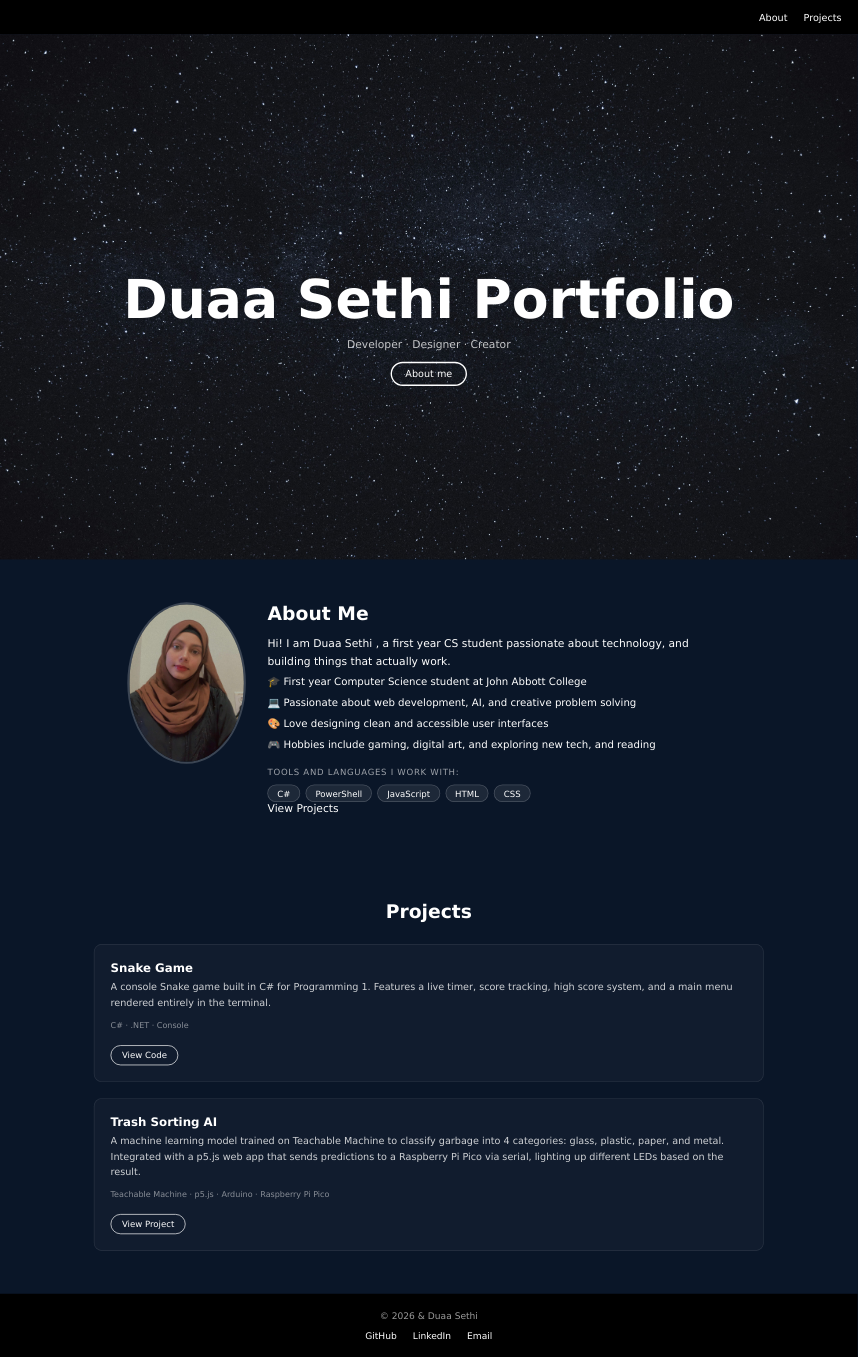
Repository: Duaa-Sethi/Duaa-Sethi
Page: index.html
An editor plug-in stored every save of this project. The page is shown before and after the next save, followed by the edit.
The browser window is 1280 px wide. The pictures show the whole page, at 67% of full size.
Some web fonts or font styles are not loaded; a fallback is used.

Above is the page before, as saved 2026-05-04 17:44:29.

After the next save:
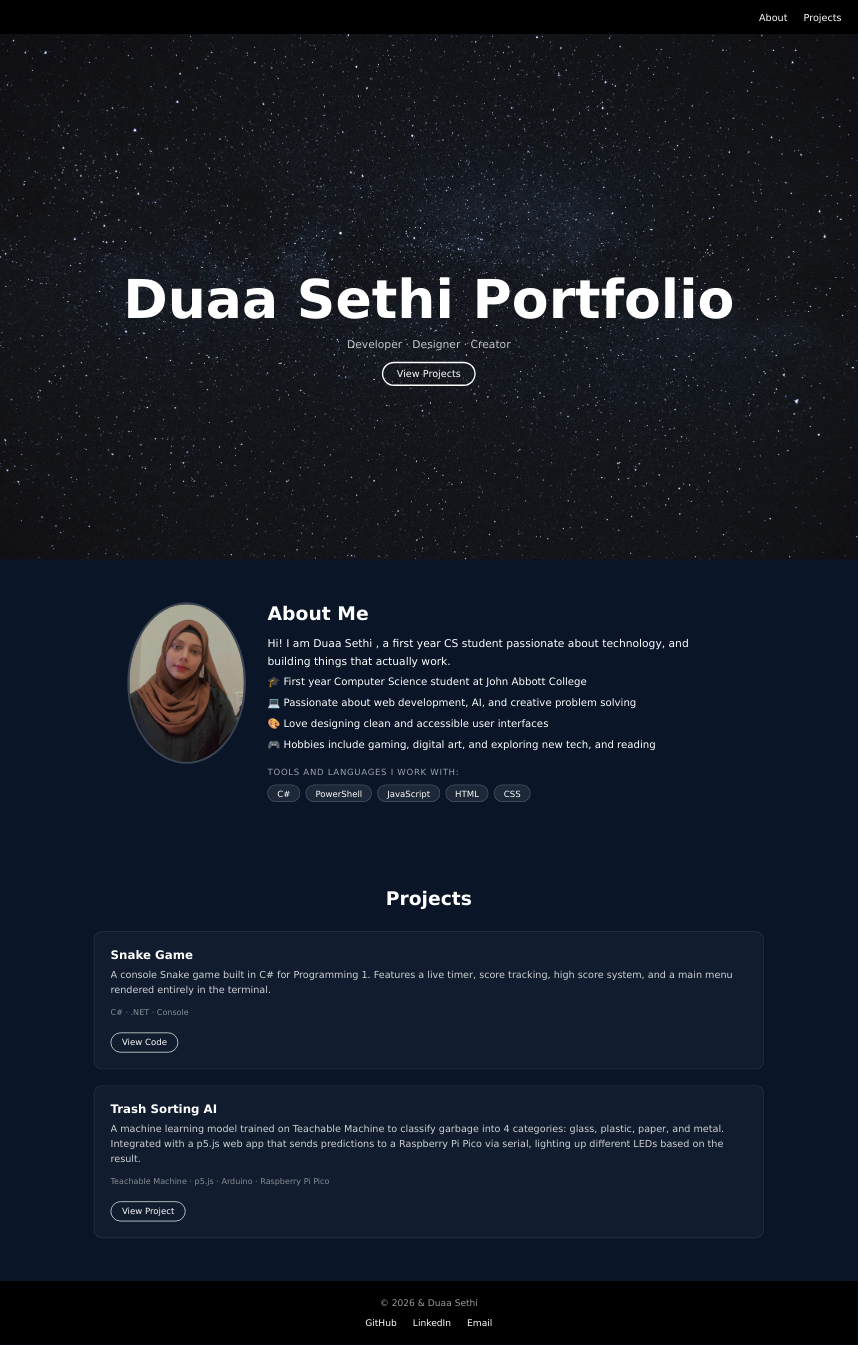
Saved 92 s later.
--- a/index.html
+++ b/index.html
@@ -21,7 +21,7 @@
       <article>
         <h1>Duaa Sethi Portfolio</h1>
         <p>Developer · Designer · Creator</p>
-        <a href="#about">About me</a>
+        <a href="#Projects">View Projects</a>
       </article>
     </section>
 
@@ -57,7 +57,6 @@
           <li>CSS</li>
         </ul>
 
-        <a href="#projects" class="projects-btn">View Projects</a>
       </div>
     </section>
 

After the 2 saves that followed:
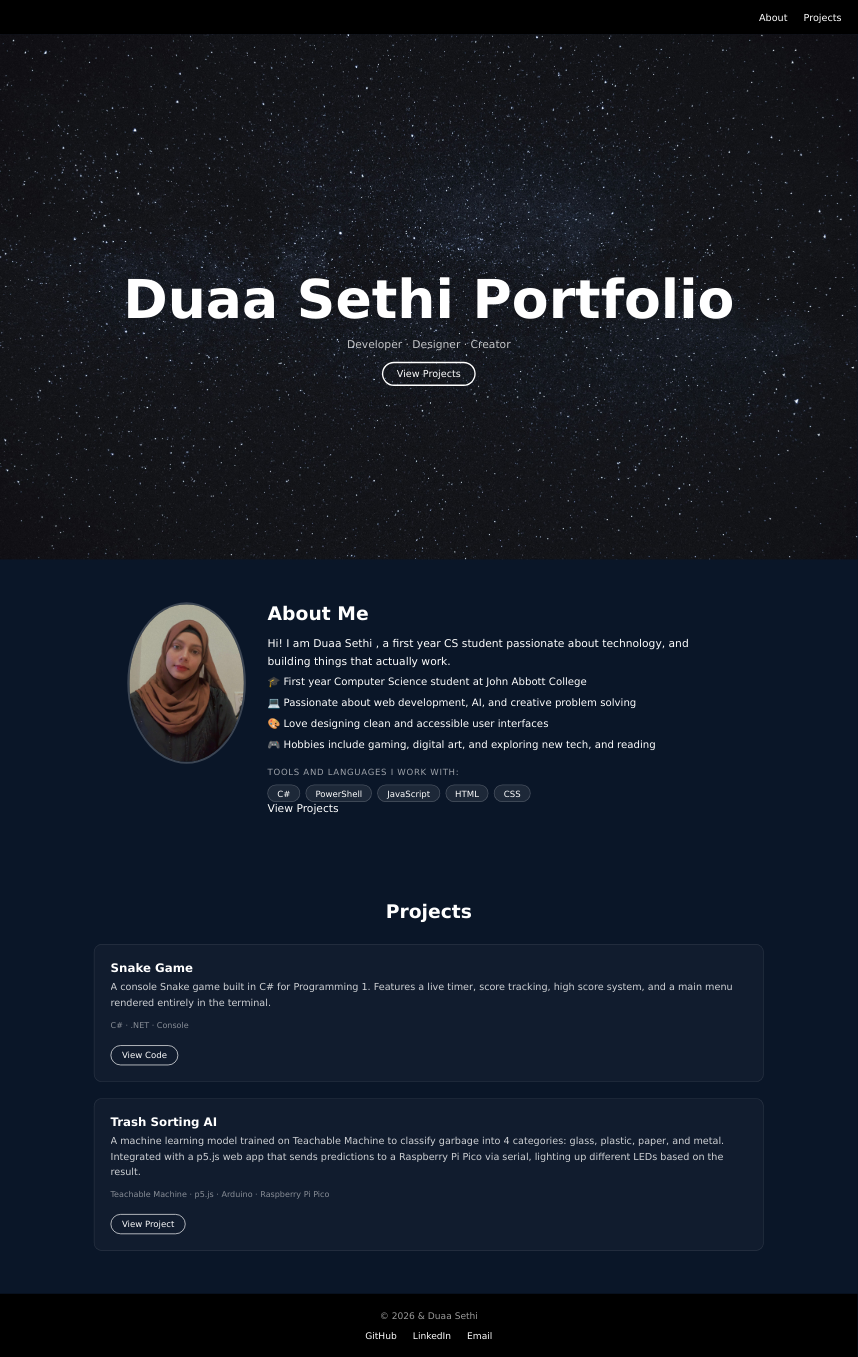
The 2 saves are shown as one change because 1 left the picture as it was.
The last was saved 3 min 6 s later.
--- a/index.html
+++ b/index.html
@@ -56,7 +56,7 @@
           <li>HTML</li>
           <li>CSS</li>
         </ul>
-
+        <a href="#projects" class="projects-btn">View Projects</a>
       </div>
     </section>
 
--- a/styles/index.css
+++ b/styles/index.css
@@ -188,6 +188,11 @@ nav ul li a {
   text-decoration: none;
 }
 
+.projects-btn:hover {
+  background-color: white;
+  color: #0a1628;
+  text-decoration: none;
+}
 /* FOOTER */
 
 footer {
